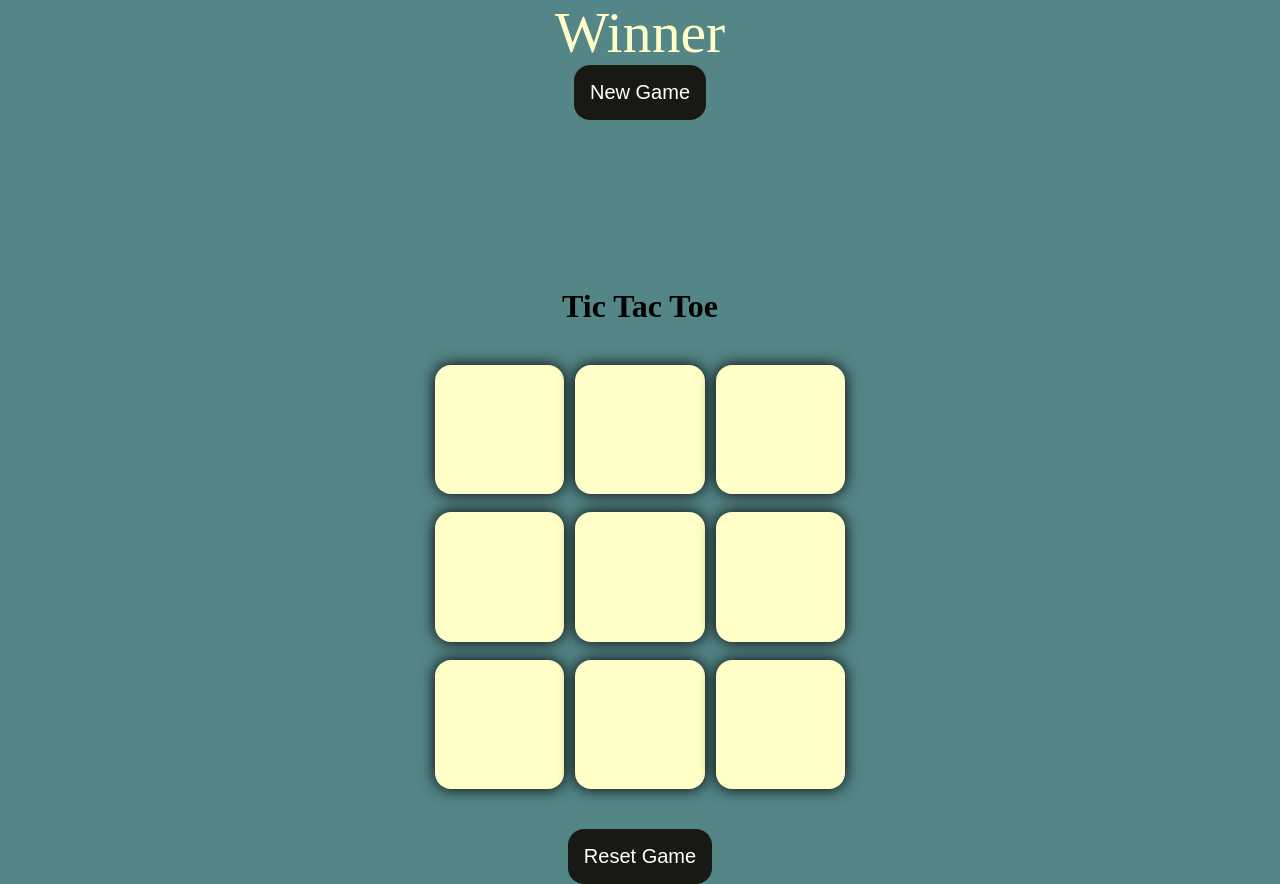
Repository: pankaj-shaw05/Tic-Tac-Toe
Page: index.html
An editor plug-in stored every save of this project. The page is shown before and after the next save, followed by the edit.
The browser window is 1280 px wide. The pictures show the whole page.

Above is the page before, as saved 2026-04-07 20:35:17.

### index.html
<!DOCTYPE html>
<html lang="en">
<head>
    <meta charset="UTF-8">
    <meta name="viewport" content="width=device-width, initial-scale=1.0">
    <title>Tic-Tac-Toe Game</title>
    <link rel="stylesheet" href="style.css"/>
</head>
<body>
    <div class="msg-container">
        <p id="msg">Winner</p>
        <button id="new-btn">New Game</button>
    </div>
    <main>
        <h1>Tic Tac Toe</h1>
        <div class="container">
        <div class="game">
            <button class="box"></button>
            <button class="box"></button>
            <button class="box"></button>
            <button class="box"></button>
            <button class="box"></button>
            <button class="box"></button>
            <button class="box"></button>
            <button class="box"></button>
            <button class="box"></button>
        </div>
        </div>
        <button id="reset-btn">Reset Game</button>
    </main>
    <script src="app.js"></script>
</body>
</html>

### style.css
* {
    margin: 0;
    padding: 0;

}

body {
    background-color: #548687;
    text-align: center;
}

.container {
    height: 70vh;
    display: flex;
    justify-content: center;
    align-items: center;
}

.game {
    height: 60vmin;
    width: 60vmin;
    display: flex;
    flex-wrap: wrap;
    justify-content: center;
    align-items: center;
    gap: 1.5vmin;
}

.box {
    height: 18vmin;
    width: 18vmin;
    border-radius: 1rem;
    border: none;
    box-shadow: 0 0 1rem rgba(0,0,0.3);
    font-size: 8vmin;
    color: #b0413e;
    background-color: #ffffc7;
}

#reset-btn {
    padding: 1rem;
    font-size: 1.25rem;
    background-color: #191913;
    color: #fff;
    border-radius: 1rem;
    border: none;
}

#new-btn {
    padding: 1rem;
    font-size: 1.25rem;
    background-color: #191913;
    color: #fff;
    border-radius: 1rem;
    border: none;
}

#msg {
    color: #ffffc7;
    font-size: 8vmin;
}

.msg-container {
    height: 40vmin;

}

### app.js
let boxes = document.querySelectorAll(".box");
let resetBtn =document.querySelector("#reset-btn");

let turnO =true;

const winPatterns = [
    [0, 1, 2],
    [0, 3, 6],
    [0, 4, 8],
    [1, 4, 7],
    [2, 5, 8],
    [2, 4, 6],
    [3, 4, 5],
    [6, 7, 8],
];

boxes.forEach((box) => {
    box.addEventListener("click", () => {
        console.log("box was clicked");
        if(turnO) {
            box.innerText = "O";
            turnO = false;
        }else{
            box.innerText = "X";
            turnO = true;
        }
        box.disabled =true;
        checkWinner();
    });

});
const checkWinner = () => {
    for( let pattern of winPatterns) {
            let pos1val = boxes[pattern[0]].innerText
            let pos2val = boxes[pattern[1]].innerText
            let pos3val = boxes[pattern[2]].innerText

            if(pos1val !="" && pos2val !="" && pos3val != ""){
                if(pos1val === pos2val && pos2val === pos3val) {
                    console.log("winner",pos1val);
                }
            }
    }
}

After the next save:
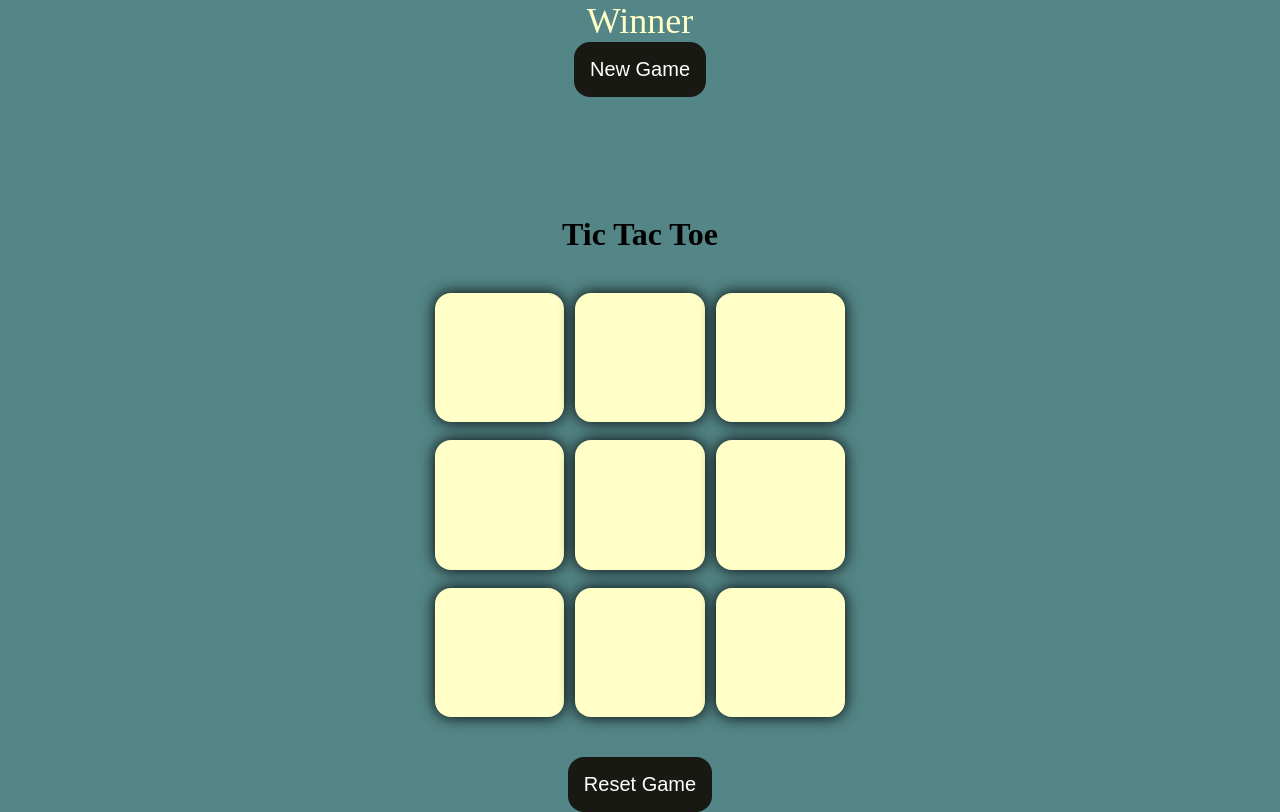
Saved 20 s later.
--- a/style.css
+++ b/style.css
@@ -57,10 +57,10 @@ body {
 
 #msg {
     color: #ffffc7;
-    font-size: 8vmin;
+    font-size: 5vmin;
 }
 
 .msg-container {
-    height: 40vmin;
+    height: 30vmin;
 
 }
